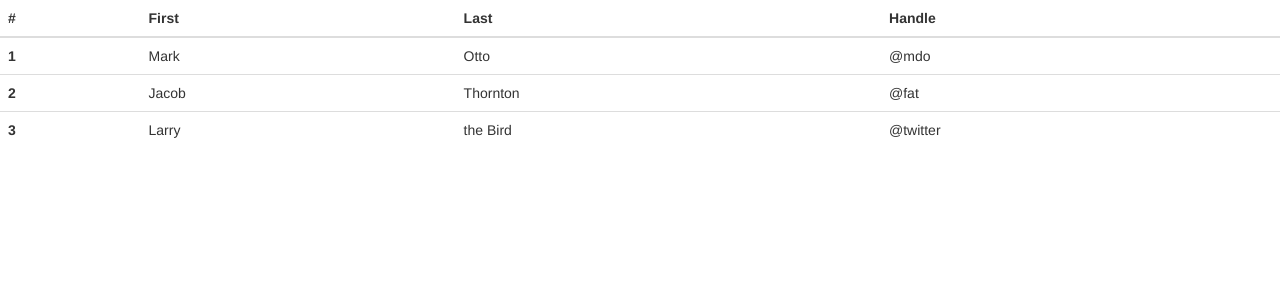
Repository: Raisul1239/stripe
Page: http://localhost/checkout
An editor plug-in stored every save of this project. The page is shown before and after the next save, followed by the edit.
The browser window is 1280 px wide. The pictures show the whole page.
The page is served by the project's Laravel application, run on PHP 8.4 with Laravel 8. Other server files are loaded and not shown.

Above is the page before, as saved 2020-02-22 17:51:58.

### routes/web.php
<?php

/*
|--------------------------------------------------------------------------
| Web Routes
|--------------------------------------------------------------------------
|
| Here is where you can register web routes for your application. These
| routes are loaded by the RouteServiceProvider within a group which
| contains the "web" middleware group. Now create something great!
|
*/

Route::get('/', function () {
    return view('welcome');
});
Route::get('checkout','CheckoutController@index')->name('checkout.page');

### app/Http/Controllers/CheckoutController.php
<?php

namespace App\Http\Controllers;

use Illuminate\Http\Request;

class CheckoutController extends Controller
{
    //
    public function index(){
        return view ('checkout-page');
    }
}

### resources/views/checkout-page.blade.php
<!DOCTYPE html>
<html lang="en">

<head>
    <title>Bootstrap Example</title>
    <meta charset="utf-8">
    <meta name="viewport" content="width=device-width,
initial-scale=1">
    <link rel="stylesheet" href="https://maxcdn.bootstrapcdn.com/bootstrap/3.4.1/css/bootstrap.min.css">

    <!-- jQuery library -->
    <script src="https://ajax.googleapis.com/ajax/libs/jquery/3.4.1/jquery.min.js"></script>

    <!-- Latest compiled JavaScript -->
    <script src="https://maxcdn.bootstrapcdn.com/bootstrap/3.4.1/js/bootstrap.min.js"></script>
</head>

<body>
    <table class="table">
        <thead>
            <tr>
                <th scope="col">#</th>
                <th scope="col">First</th>
                <th scope="col">Last</th>
                <th scope="col">Handle</th>
            </tr>
        </thead>
        <tbody>
            <tr>
                <th scope="row">1</th>
                <td>Mark</td>
                <td>Otto</td>
                <td>@mdo</td>
            </tr>
            <tr>
                <th scope="row">2</th>
                <td>Jacob</td>
                <td>Thornton</td>
                <td>@fat</td>
            </tr>
            <tr>
                <th scope="row">3</th>
                <td>Larry</td>
                <td>the Bird</td>
                <td>@twitter</td>
            </tr>
        </tbody>
    </table>

</html>

Loaded but not shown: app/Http/Controllers/Controller.php (common file)

After the next save:
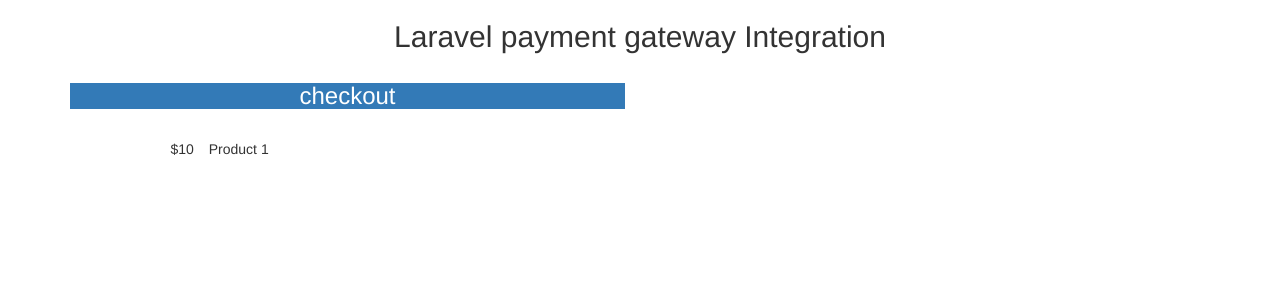
Saved 40 h 32 min later.
--- a/resources/views/checkout-page.blade.php
+++ b/resources/views/checkout-page.blade.php
@@ -16,35 +16,18 @@
 </head>
 
 <body>
-    <table class="table">
-        <thead>
-            <tr>
-                <th scope="col">#</th>
-                <th scope="col">First</th>
-                <th scope="col">Last</th>
-                <th scope="col">Handle</th>
-            </tr>
-        </thead>
-        <tbody>
-            <tr>
-                <th scope="row">1</th>
-                <td>Mark</td>
-                <td>Otto</td>
-                <td>@mdo</td>
-            </tr>
-            <tr>
-                <th scope="row">2</th>
-                <td>Jacob</td>
-                <td>Thornton</td>
-                <td>@fat</td>
-            </tr>
-            <tr>
-                <th scope="row">3</th>
-                <td>Larry</td>
-                <td>the Bird</td>
-                <td>@twitter</td>
-            </tr>
-        </tbody>
-    </table>
+    <div class="container">
+        <h2 align="center">Laravel payment gateway Integration</h2>
+        <div class="row">
+            <div class="col-lg-6">
+                <div class="card">
+                    <div class="card-header bg-primary text-center">
+                        <h3>checkout</h3>
+                    </div>
+                    <div class="card-body">
+                        <dic class="row">
+                            <div class="col-lg-6">Product 1</divf>
+                                <div class="col-lg-6 text-right">$10</div>
+                            </div>
 
 </html>
